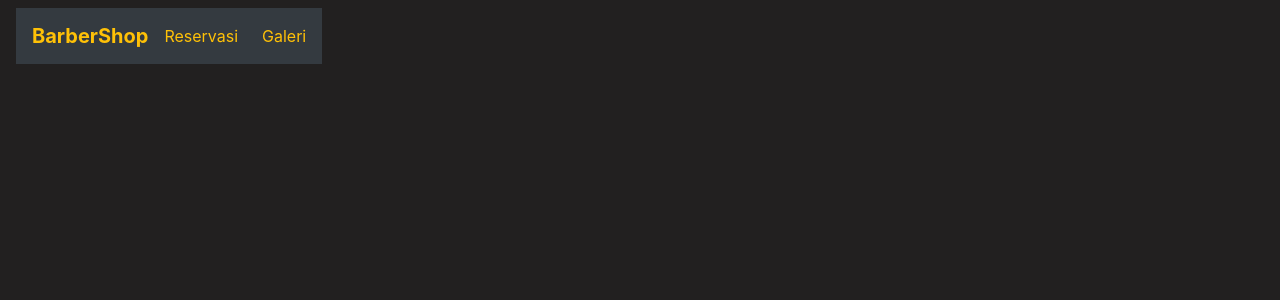
Repository: AHSANS354/Barberhop
Page: /
These files come from the project's save history. The page is drawn as it stood at one moment and after the next save; the edit follows.
The browser window is 1280 px wide. The pictures show the whole page.
The project was rebuilt for these pictures with package versions that can differ from the ones it lists, and the page was loaded fresh each time. Also part of the build but not shown: vue.config.js.

Above is the page before, as saved 2023-05-01 19:58:22.

After the next save:
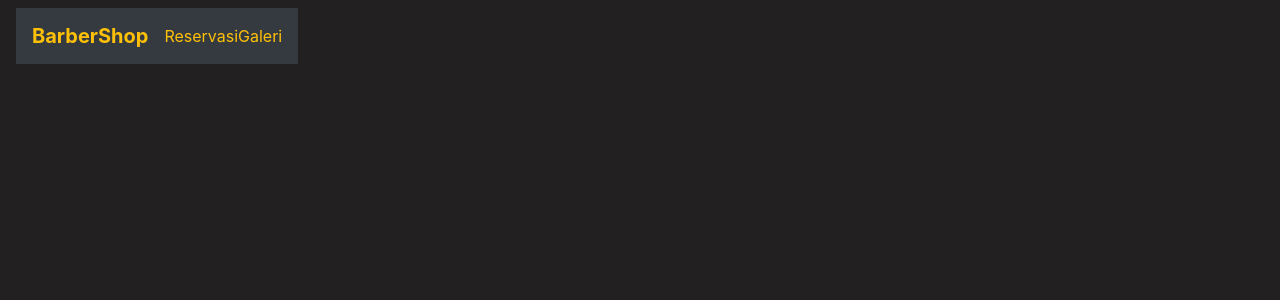
Saved 15 s later.
--- a/src/components/NavbarView.vue
+++ b/src/components/NavbarView.vue
@@ -10,7 +10,7 @@
       <b-collapse id="nav-collapse" is-nav>
         <!-- Right aligned nav items -->
         <b-navbar-nav class="ml-auto">
-          <router-link class="nav-item text-warning mr-4" to="/reservasi">
+          <router-link class="nav-item text-warning mr-4s" to="/reservasi">
             Reservasi
           </router-link>
           <router-link class="nav-item text-warning" to="/">

After the save that followed:
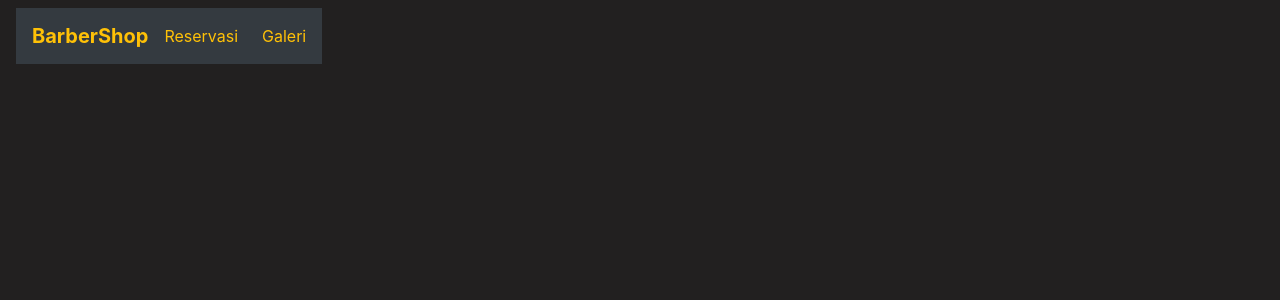
Saved 15 s later.
--- a/src/components/NavbarView.vue
+++ b/src/components/NavbarView.vue
@@ -10,7 +10,7 @@
       <b-collapse id="nav-collapse" is-nav>
         <!-- Right aligned nav items -->
         <b-navbar-nav class="ml-auto">
-          <router-link class="nav-item text-warning mr-4s" to="/reservasi">
+          <router-link class="nav-item text-warning mr-4" to="/reservasi">
             Reservasi
           </router-link>
           <router-link class="nav-item text-warning" to="/">
